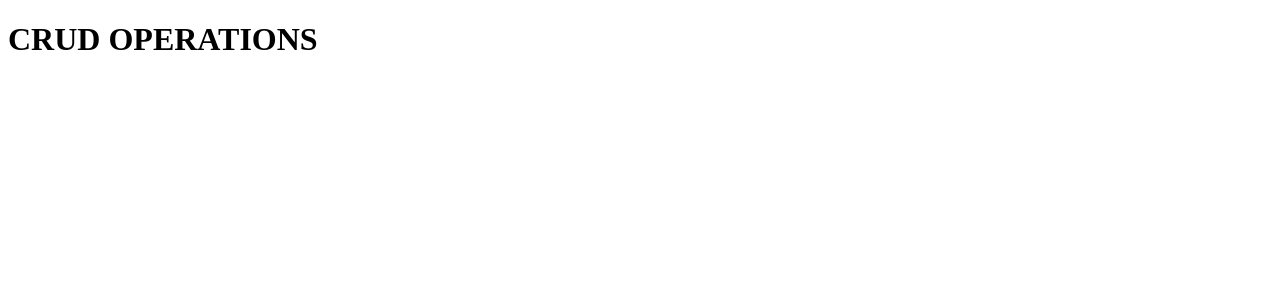
Repository: radhikasarda/RestEasyDemo
Page: http://localhost/RestDemo/
These files come from the project's save history. The page is drawn as it stood at one moment and after the next save; the edit follows.
The browser window is 1280 px wide. The pictures show the whole page.
The page is served by Tomcat 9. Nobody is signed in. The application's start-up code is not run. Other server files are loaded and not shown.

Above is the page before, as saved 2019-06-25 07:40:23.

### RestDemo/src/main/webapp/index.jsp
<%@ page language="java" contentType="text/html; charset=ISO-8859-1"
    pageEncoding="ISO-8859-1"%>
<!DOCTYPE html PUBLIC "-//W3C//DTD HTML 4.01 Transitional//EN" "http://www.w3.org/TR/html4/loose.dtd">
<html>
<head>
<meta http-equiv="Content-Type" content="text/html; charset=ISO-8859-1">
<title>CRUD OPERATIONS</title>
</head>
<body>
<h1>CRUD OPERATIONS</h1>

After the next save:
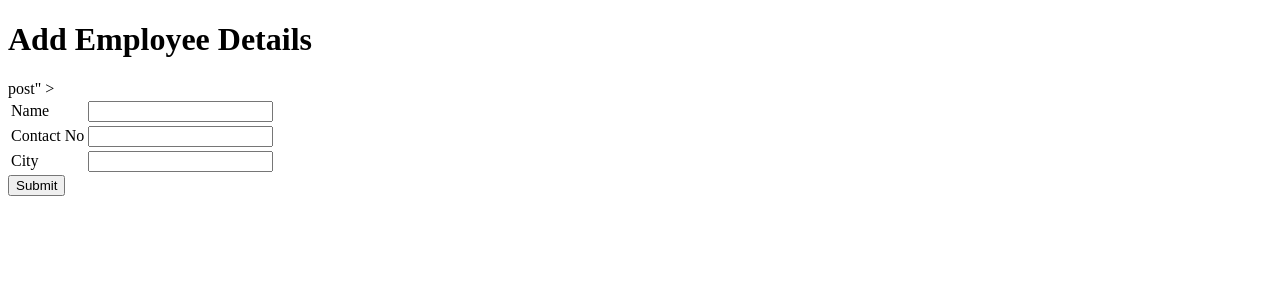
Saved 2 min 8 s later.
--- a/RestDemo/src/main/webapp/index.jsp
+++ b/RestDemo/src/main/webapp/index.jsp
@@ -7,4 +7,25 @@
 <title>CRUD OPERATIONS</title>
 </head>
 <body>
-<h1>CRUD OPERATIONS</h1>
+<h1>Add Employee Details</h1>
+<form action=<%=request.getContextPath()%>/add">post" >
+      <table style="with: 50%">
+        <tr>
+          <td>Name</td>
+          <td><input type="text" name="name" /></td>
+        </tr>
+
+        <tr>
+          <td>Contact No</td>
+          <td><input type="text" name="contact" /></td>
+        </tr>
+
+        <tr>
+          <td>City</td>
+          <td><input type="text" name="city" /></td>
+        </tr>
+
+      </table>
+      <input type="submit" value="Submit" name="button"/></form>
+</body>
+</html>
